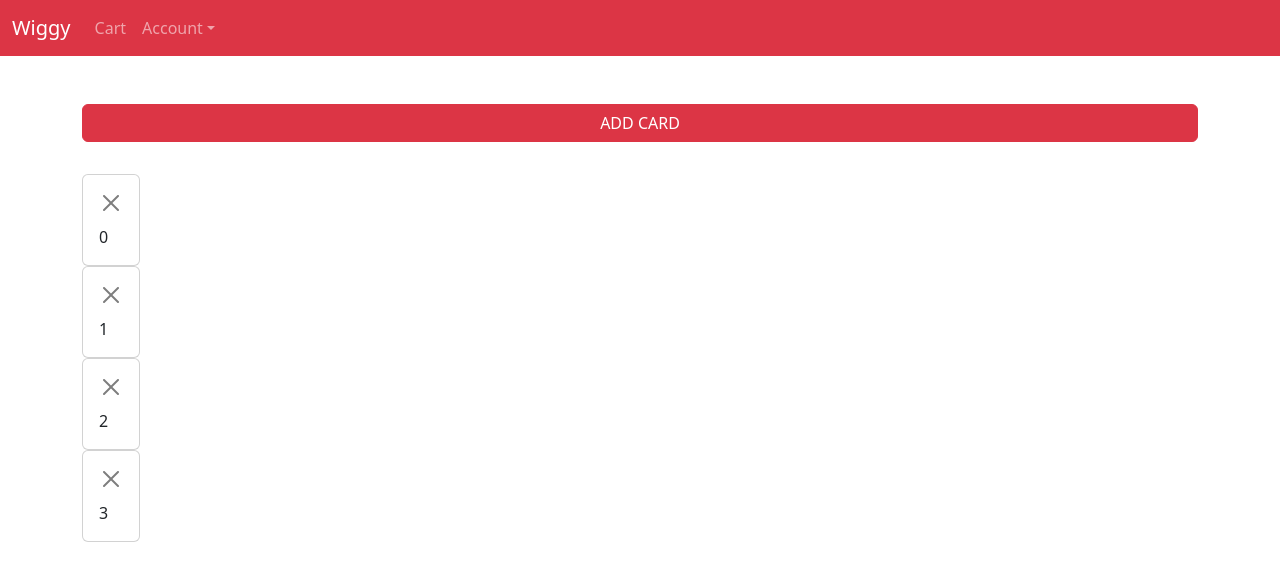
Repository: MohammadGulshan/wiggy
Page: / (app in client/)
These files come from the project's save history. The page is drawn as it stood at one moment and after the next save; the edit follows.
The browser window is 1280 px wide. The pictures show the whole page.
The project was rebuilt for these pictures with package versions that can differ from the ones it lists, and the page was loaded fresh each time. Also part of the build but not shown: client/src/App.css.

Above is the page before, as saved 2020-12-11 04:07:54.

After the next save:
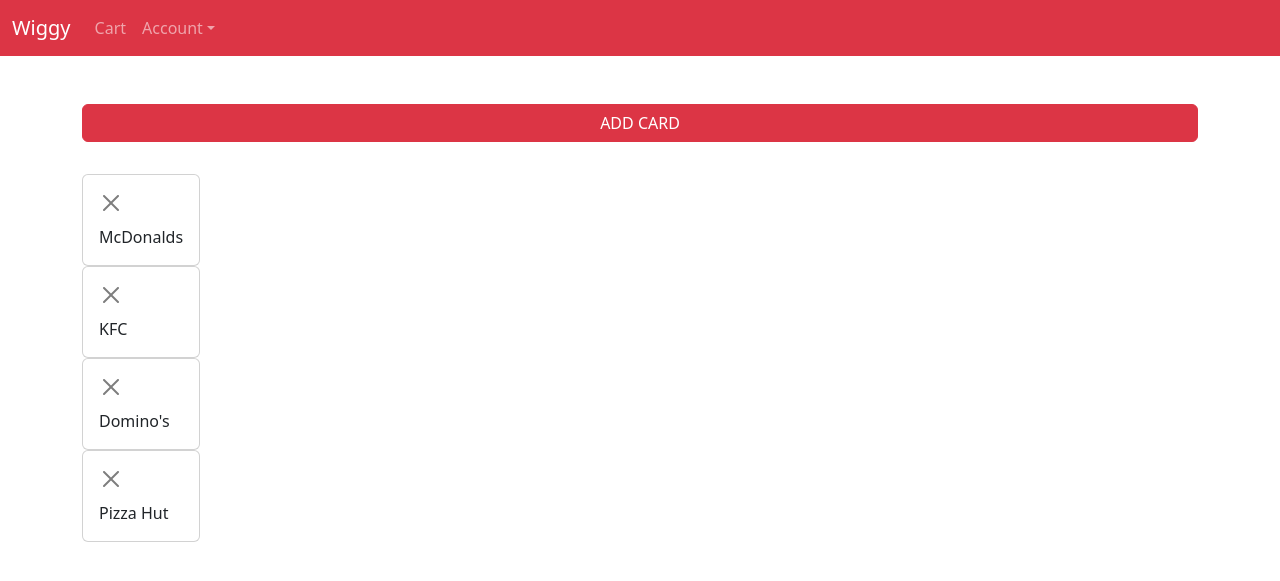
Saved 38 s later.
--- a/client/src/components/AppCards.js
+++ b/client/src/components/AppCards.js
@@ -46,7 +46,7 @@
                                                 <Button close />
                                             </CardTitle>
                                             <CardText>
-                                                {value}
+                                                {id.name}
                                             </CardText>
                                         </CardBody>
                                     </Card>
